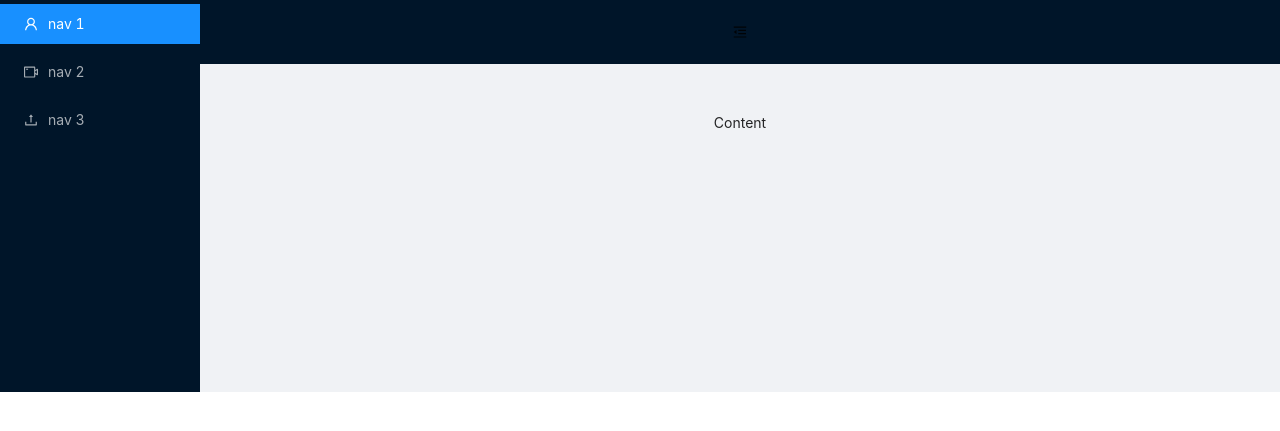
Repository: DallenCat/react-test
Page: /
The author's editor kept a copy of each file at every save. The page is drawn from the files as they stood at one save, then again after the next save.
The browser window is 1280 px wide. The pictures show the whole page.
The project was rebuilt for these pictures with package versions that can differ from the ones it lists, and the page was loaded fresh each time.

Above is the page before, as saved 2021-10-27 10:34:39.

### src/App.js
import './App.css';
import SiderDemo from "@/components/layout/index.js"
function App() {
  return (
    <div className="App">
      <SiderDemo />
    </div>
  );
}

export default App;

### src/App.css
@import '~antd/dist/antd.css';

.App {
  text-align: center;
}

.App-logo {
  height: 40vmin;
  pointer-events: none;
}

@media (prefers-reduced-motion: no-preference) {
  .App-logo {
    animation: App-logo-spin infinite 20s linear;
  }
}

.App-header {
  background-color: #282c34;
  min-height: 100vh;
  display: flex;
  flex-direction: column;
  align-items: center;
  justify-content: center;
  font-size: calc(10px + 2vmin);
  color: white;
}

.App-link {
  color: #61dafb;
}

@keyframes App-logo-spin {
  from {
    transform: rotate(0deg);
  }

  to {
    transform: rotate(360deg);
  }
}

### src/components/layout/index.js
/*
 * @Descripttion:
 * @version:
 * @Author: dal
 * @Date: 2021-10-27 09:54:26
 * @LastEditors: dal
 * @LastEditTime: 2021-10-27 10:01:11
 */
import React from "react"
import { Layout, Menu } from 'antd';
import {
  MenuUnfoldOutlined,
  MenuFoldOutlined,
  UserOutlined,
  VideoCameraOutlined,
  UploadOutlined,
} from '@ant-design/icons';

const { Header, Sider, Content } = Layout;

class SiderDemo extends React.Component {
  state = {
    collapsed: false,
  };

  toggle = () => {
    this.setState({
      collapsed: !this.state.collapsed,
    });
  };

  render() {
    return (
      <Layout>
        <Sider trigger={null} collapsible collapsed={this.state.collapsed}>
          <div className="logo" />
          <Menu theme="dark" mode="inline" defaultSelectedKeys={['1']}>
            <Menu.Item key="1" icon={<UserOutlined />}>
              nav 1
            </Menu.Item>
            <Menu.Item key="2" icon={<VideoCameraOutlined />}>
              nav 2
            </Menu.Item>
            <Menu.Item key="3" icon={<UploadOutlined />}>
              nav 3
            </Menu.Item>
          </Menu>
        </Sider>
        <Layout className="site-layout">
          <Header className="site-layout-background" style={{ padding: 0 }}>
            {React.createElement(this.state.collapsed ? MenuUnfoldOutlined : MenuFoldOutlined, {
              className: 'trigger',
              onClick: this.toggle,
            })}
          </Header>
          <Content
            className="site-layout-background"
            style={{
              margin: '24px 16px',
              padding: 24,
              minHeight: 280,
            }}
          >
            Content
          </Content>
        </Layout>
      </Layout>
    );
  }
}

export default SiderDemo;

### src/components/layout/index.css
#components-layout-demo-custom-trigger .trigger {
  padding: 0 24px;
  font-size: 18px;
  line-height: 64px;
  cursor: pointer;
  transition: color 0.3s;
}

#components-layout-demo-custom-trigger .trigger:hover {
  color: #1890ff;
}

#components-layout-demo-custom-trigger .logo {
  height: 32px;
  margin: 16px;
  background: rgba(255, 255, 255, 0.3);
}

.site-layout .site-layout-background {
  background: #fff;
}

Loaded but not shown: public/index.html (common file); src/index.js (common file); src/index.css (common file); src/reportWebVitals.js (common file)

After the next save:
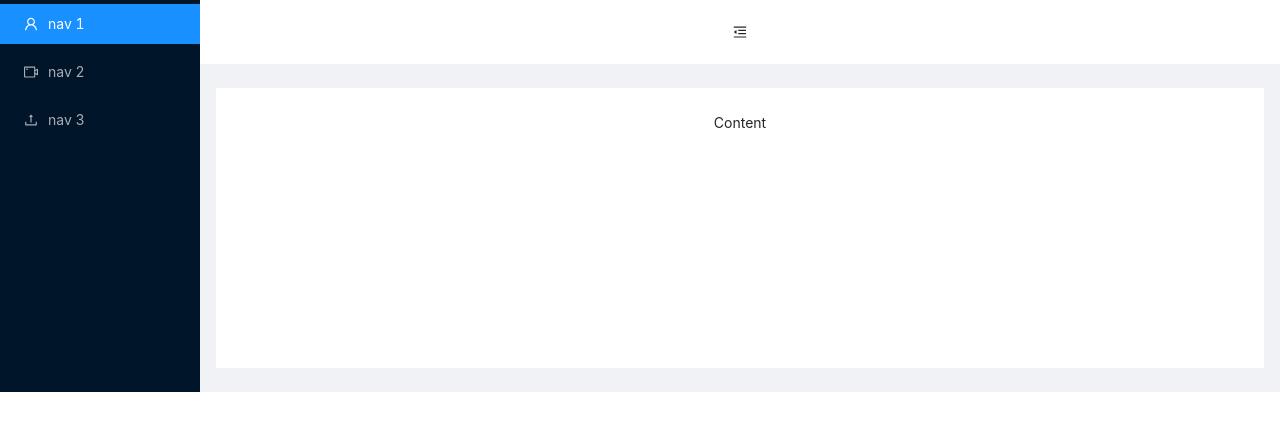
Saved 17 s later.
--- a/src/components/layout/index.js
+++ b/src/components/layout/index.js
@@ -4,10 +4,11 @@
  * @Author: dal
  * @Date: 2021-10-27 09:54:26
  * @LastEditors: dal
- * @LastEditTime: 2021-10-27 10:01:11
+ * @LastEditTime: 2021-10-27 10:34:56
  */
 import React from "react"
 import { Layout, Menu } from 'antd';
+import "./index.css"
 import {
   MenuUnfoldOutlined,
   MenuFoldOutlined,
